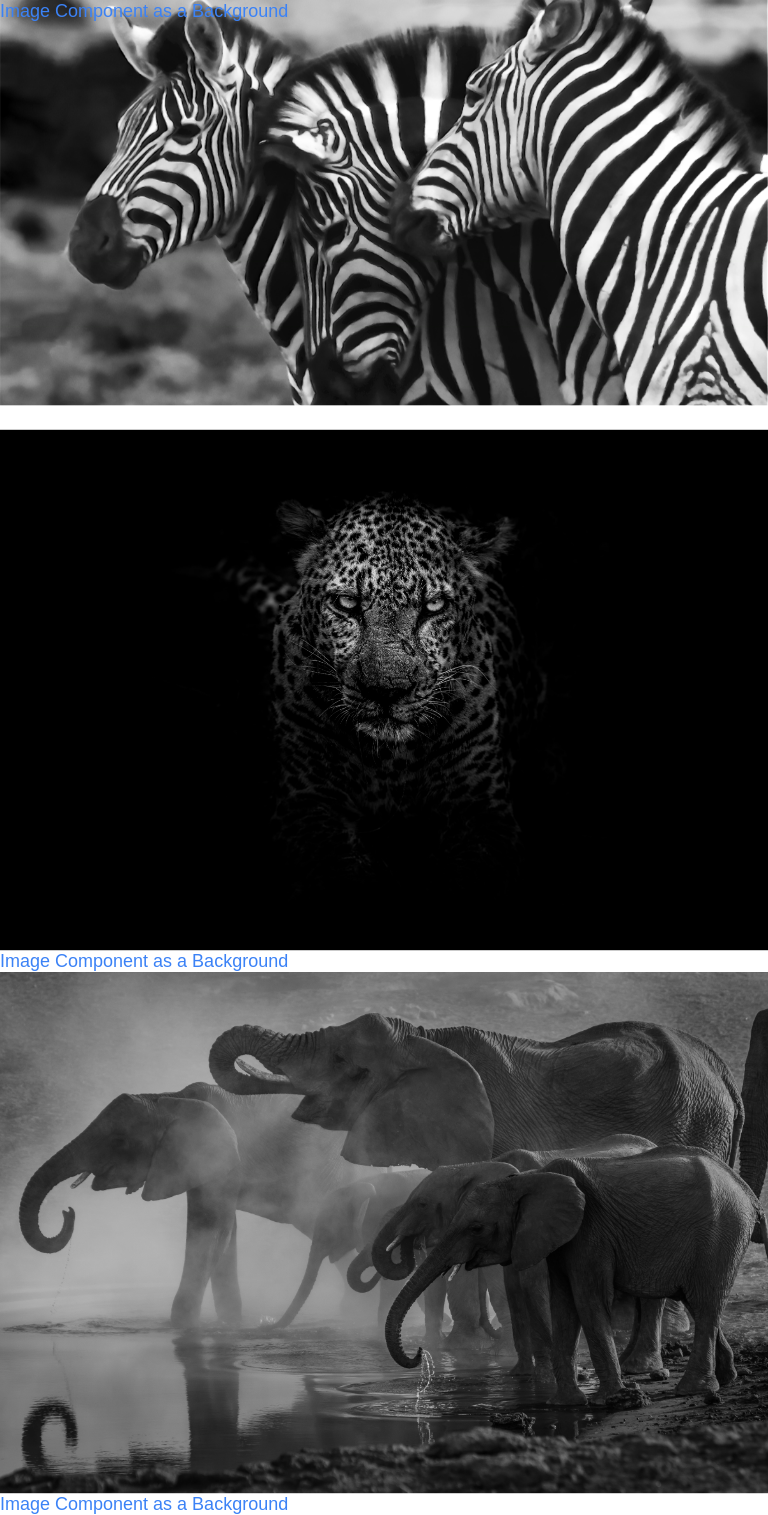
Repository: BrightonMboya/ggv-landingPage
Page: /
These files come from the project's save history. The page is drawn as it stood at one moment and after the next save; the edit follows.
The browser window is 1280 px wide. The pictures show the whole page, at 60% of full size.
The project was rebuilt for these pictures with package versions that can differ from the ones it lists, and the page was loaded fresh each time. The framework's server and built-in components were replaced by stand-ins that run in the browser. Also part of the build but not shown: next.config.js.

Above is the page before, as saved 2022-06-13 19:51:15.

### pages/index.js
import React from "react";
import styles from "../styles/Home.module.css";
import HomePage from "./HomePage";
import AboutUs from "./AboutUs";
import Contactus from "./Contactus";

// const index = () => {
//   return (
//     <React.Fragment>
//       <div className={`${styles.global} ${styles.container}`}>
//         <section className={`${styles.section}`}>
//           <HomePage />
//         </section>
//         <section className={`${styles.section}`}>
//           <AboutUs />
//         </section>
//         <section className={`${styles.section} ${styles.three}`}>
//           <Contactus />
//         </section>
//       </div>
//     </React.Fragment>
//   );
// };

const index = () => {
  return (
    <React.Fragment>
      <div className={styles.global}>
        <div className={styles.container}>
          <section className={styles.section}>
            <HomePage />
          </section>
          <section className={styles.section}>
            <AboutUs />
          </section>
          <section className={styles.section}>
            <Contactus />
          </section>
        </div>
      </div>
    </React.Fragment>
  );
};

export default index;

### styles/Home.module.css
.global {
  margin: 0;
  padding: 0;
  box-sizing: border-box;
  font-family: sans-serif;
  /* border: 2px solid yellow; */
}
.section {
  /* height: 100vh; */
  display: flex;
  justify-content: center;
  align-items: center;
  scroll-snap-align: start;
}

.container {
  scroll-snap-type: y mandatory;
  overflow-y: scroll;
  /* height: 100vh; */
  /* border: 2px solid red; */
}

.bgWrap {
  /* position: fixed; */
  /* height: 100vh; */
  /* min-height: 80vh; */
  width: 100vw;
  overflow: hidden;
  z-index: -1;
  background-size: cover;
  -webkit-background-size: cover;
  -moz-background-size: cover;
  -moz-background-size: cover;
  background: center no-repeat;
}

.bg {
  max-width: 100%;
  position: relative;
}

/* @media and (max-width: 480px) {
} */

### pages/HomePage.js
import React from "react";
import styles from "../styles/Home.module.css";
import Image from "next/image";

const HomePage = () => {
  return (
    <div>
      <div className={`${styles.bgWrap} ${styles.bg}`}>
        <Image
          src="/home.jpg"
          layout="responsive"
          width={900}
          height={475}
          objectFit="cover"
          quality={100}
        />
      </div>

      <div className="flex items-center justify-center">
        <h2 className="text-white text-4xl">Global Green Visa</h2>
        <p className="text-blue-500 text-3xl absolute top-0 left-0">
          Image Component as a Background
        </p>
      </div>
    </div>
  );
};

export default HomePage;

### pages/AboutUs.js
import Image from "next/image";
import styles from "../styles/Home.module.css";
// import home from "./assets/home.jpg";

const AboutUs = () => {
  return (
    <div>
      <div className={styles.bgWrap}>
        <Image
          src="/about.jpg"
          layout="responsive"
          // objectFit="cover"
          quality={100}
          width={700}
          height={475}
        />
      </div>
      <p className="text-blue-500 text-3xl">Image Component as a Background</p>
    </div>
  );
};

export default AboutUs;

### pages/Contactus.js
import React from "react";
import Image from "next/image";
import styles from "../styles/Home.module.css";

const Contactus = () => {
  return (
    <div>
      <div className={styles.bgWrap}>
        <Image
          src="/contact.jpg"
          layout="responsive"
          objectFit="cover"
          quality={100}
          width={700}
          height={475}
        />
      </div>
      <p className="text-blue-500 text-3xl">Image Component as a Background</p>
    </div>
  );
};

export default Contactus;

### tailwind.config.js
module.exports = {
  content: [
    "./pages/**/*.{js,ts,jsx,tsx}",
    "./components/**/*.{js,ts,jsx,tsx}"
  ],
  theme: {
    extend: {
      colors: {
        black: "#000107",
        slate: "#E3F1EF"
      }
    }
  },
  plugins: []
};

Loaded but not shown: pages/_app.js (common file); styles/globals.css (common file)

After the next save:
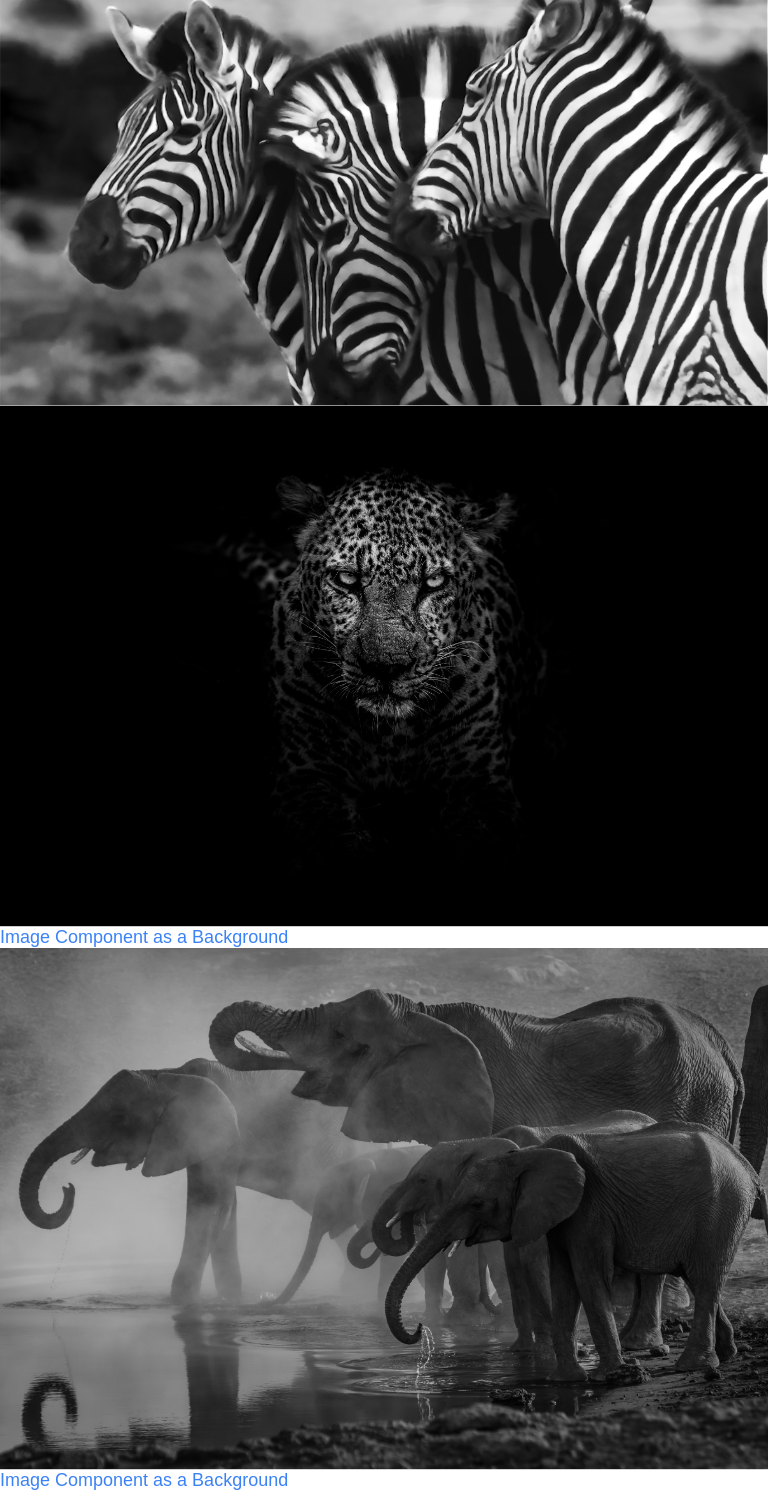
Saved 25 s later.
--- a/pages/HomePage.js
+++ b/pages/HomePage.js
@@ -16,9 +16,9 @@ const HomePage = () => {
         />
       </div>
 
-      <div className="flex items-center justify-center">
+      <div className="flex items-center justify-center absolute">
         <h2 className="text-white text-4xl">Global Green Visa</h2>
-        <p className="text-blue-500 text-3xl absolute top-0 left-0">
+        <p className="text-blue-500 text-3xl top-0 left-0">
           Image Component as a Background
         </p>
       </div>
